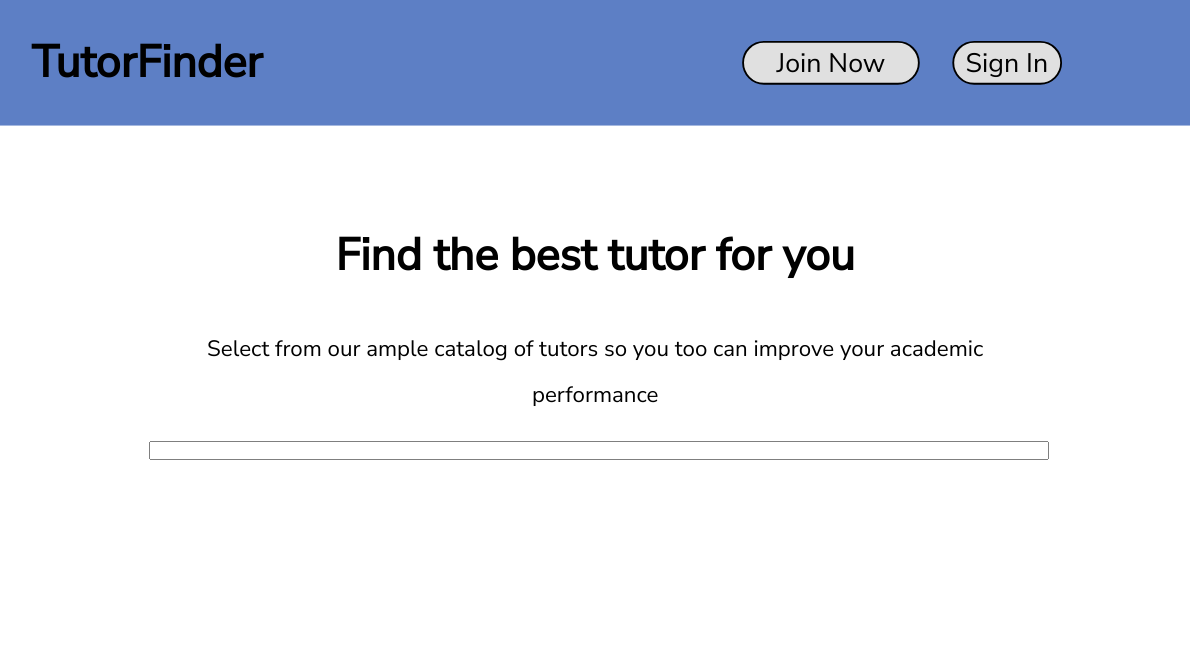
Repository: uprm-inso-4117-2020-2021-s2/semester-project-uprm-inso-4117-2020-2021-s2-team-7
Page: / (app in tutorfinder/)
An editor plug-in stored every save of this project. The page is shown before and after the next save, followed by the edit.
The browser window is 1280 px wide. The pictures show the whole page, at 93% of full size.
The project was rebuilt for these pictures with package versions that can differ from the ones it lists, and the page was loaded fresh each time. Also part of the build but not shown: tutorfinder/src/App.css.

Above is the page before, as saved 2021-03-29 23:42:40.

### tutorfinder/src/App.js
import React from "react";
import './App.css';
import Nav from './Nav.js';
import Welcome from "./Welcome";




function App() {
  return (

      <div className="">

        <Nav />
     <Welcome/>

      </div>

  );
}



export default App;

### tutorfinder/src/Nav.js
import React from "react";
import "./App.css";
import "./Nav.css"

class Nav extends React.Component {

  render(){

  return (
    <div className="">
  <table className="navBar">
      <tr>
          <td className="left"><h1 className="title">TutorFinder</h1></td>

          <td className="middle "><button className="buttons buttonLetters ">Join Now</button></td>
          <td className="right"><button className="buttons buttonLetters">Sign In</button></td>
      </tr>
      </table>

    </div>
  );
}
}

export default Nav;

### tutorfinder/src/Welcome.js
import React from "react";
import "./App.css";
import "./Welcome.css"
import foto from "./assets/bg.png"

class Welcome extends React.Component {

  render(){

  return (
    <div className="background">
 <div className="content">

 <div className="everything">
 <div className="square">
<h1 className="heading">Find the best tutor for you</h1>
<p className="paragraph">Select from our ample catalog of tutors so you too
can improve your academic performance</p>
 </div>

 <div className="">
<input type="text" className="search"></input>
 </div>
 </div>
      </div>
    </div>
  );
}
}

export default Welcome;

### tutorfinder/src/Nav.css
@import url("https://fonts.googleapis.com/css2?family=Nunito+Sans&display=swap");

.title {
  font-family: "Nunito Sans", sans-serif;
  font-style: normal;
  font-weight: bold;
  font-size: 48px;
  line-height: 65px;

}

.navBar {
    table-layout: fixed;
  background-color: #5d7fc5;
  width: 100%;
}

.buttons {
  background: #e0e0e0;
  border-radius: 45px;
  outline: none;
  border-style: solid;

}

.buttonLetters {
  font-family: "Nunito Sans", sans-serif;
  font-style: normal;
  font-weight: 300;
  font-size: 1.8em;
  line-height: 41px;
  text-align: center;
  padding-right: 10%;
  padding-left: 10%;

}

.left{
text-align: left;
padding-left: 2.5%;
width: 50%;
}

.right{
    text-align: left;
    padding-right: 10%;
    width: 20%;
}

.middle{
    /* background-color: red; */
    text-align: right;
    padding-right: 2.5%;
}

### tutorfinder/src/Welcome.css

@import url("https://fonts.googleapis.com/css2?family=Nunito+Sans&display=swap");

.background{
background-image: url("./assets/bg.png");
width:100%;
height:100%;
position:relative;
}

.square{
    background: rgba(255, 255, 255, 0.65);
border-radius: 25px;
text-align: center;

}

.everything{
    position:absolute;
    top:50%;
    left:50%;
    width :75%;
    height:50%;
    margin-left:-37.5%;
    margin-top:5%;
}

.search{
    width: 100%;
}

.paragraph{
    font-family: "Nunito Sans", sans-serif;
font-style: normal;
font-weight: 300;
font-size: 1.5em;
line-height: 49px;
text-align: center;
}

.heading{
    font-family: "Nunito Sans", sans-serif;
font-style: normal;
font-weight: bold;
font-size: 3em;
line-height: 87px;
text-align: center;
}

Loaded but not shown: tutorfinder/public/index.html (common file); tutorfinder/src/index.js (common file); tutorfinder/src/index.css (common file); tutorfinder/src/reportWebVitals.js (common file)

After the next save:
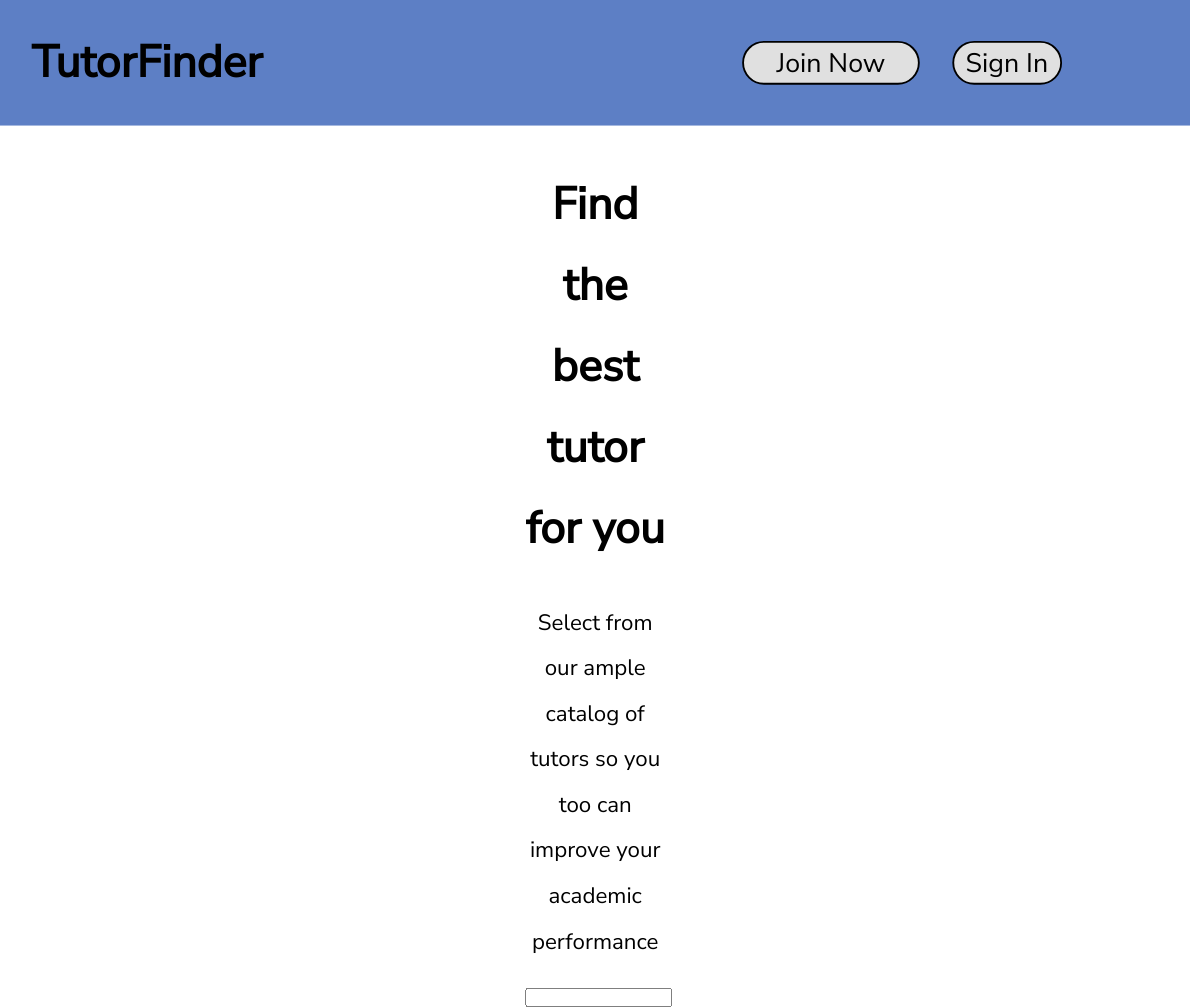
Saved 13 s later.
--- a/tutorfinder/src/Welcome.css
+++ b/tutorfinder/src/Welcome.css
@@ -6,6 +6,16 @@ background-image: url("./assets/bg.png");
 width:100%;
 height:100%;
 position:relative;
+}
+
+.content{
+    position:absolute;
+top:50%;
+left:50%;
+width :200px;
+height:200px;
+margin-left:-100px;
+margin-top:-100px;
 }
 
 .square{
